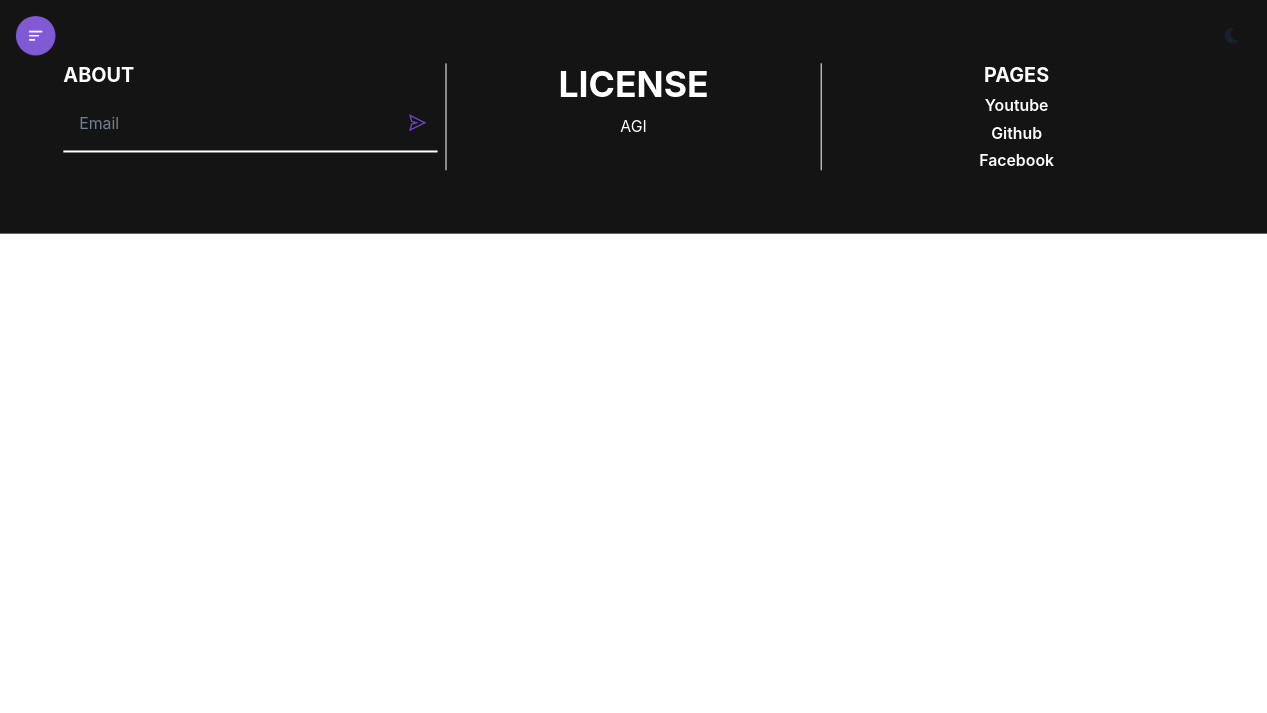
Repository: aman0801/React_JS_Project_2
Page: /videos
An editor plug-in stored every save of this project. The page is shown before and after a run of saves, followed by the edit.
The browser window is 1280 px wide. The pictures show the whole page, at 99% of full size.
The project was rebuilt for these pictures with package versions that can differ from the ones it lists, and the page was loaded fresh each time. Also part of the build but not shown: src/components/Home.jsx.

Above is the page before, as saved 2023-02-02 20:05:10.

After the next 2 saves:
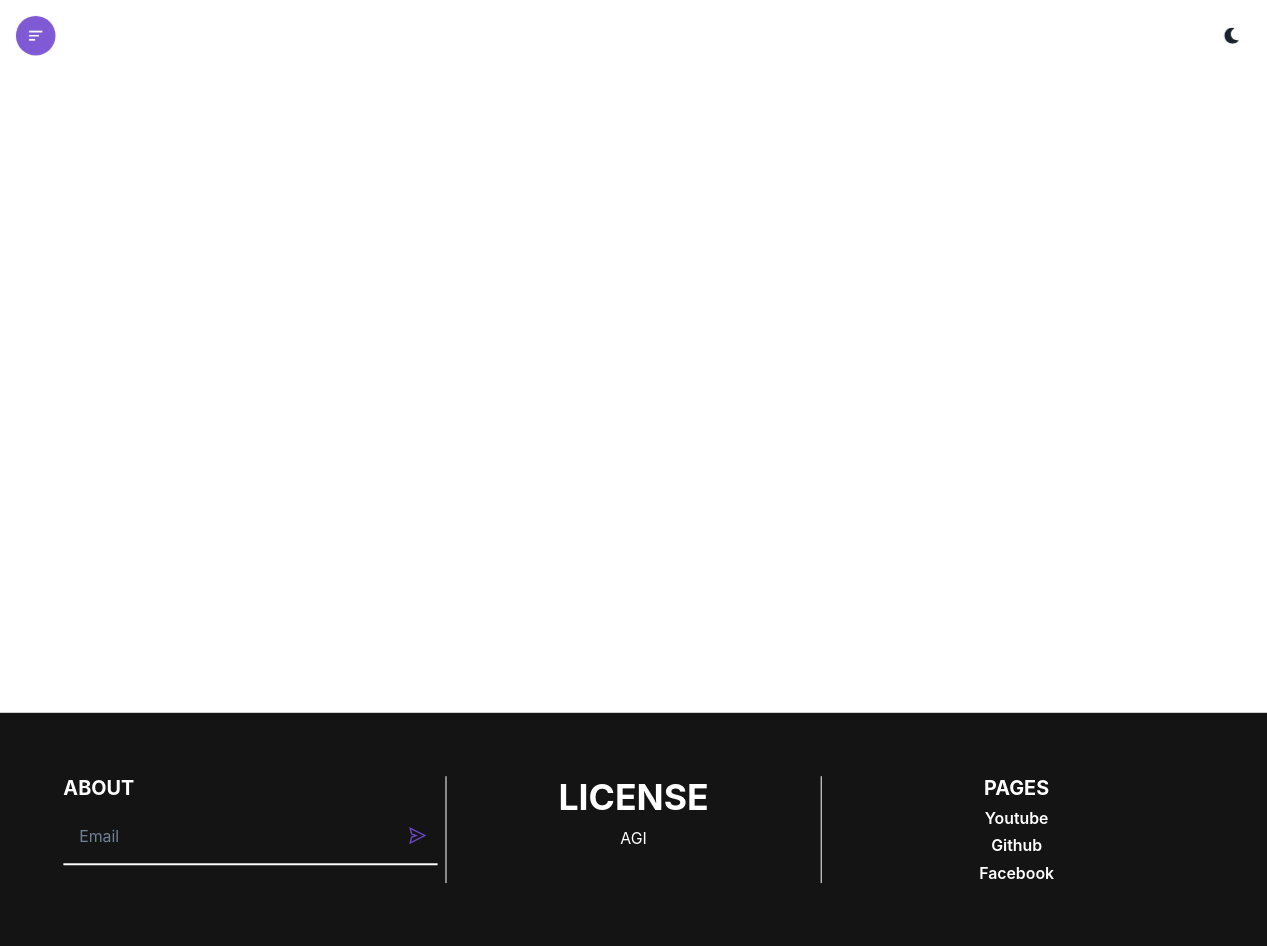
The 2 saves are shown as one change because they came seconds apart.
The last was saved 5 s later.
--- a/src/components/Videos.jsx
+++ b/src/components/Videos.jsx
@@ -2,7 +2,7 @@ import { Stack } from '@chakra-ui/react'
 import React from 'react'
 
 const Videos = () => {
-  return <Stack direction={['column', 'row']} h={''}>
+  return <Stack direction={['column', 'row']} h={'100vh'}>
 
   </Stack>;
 }
